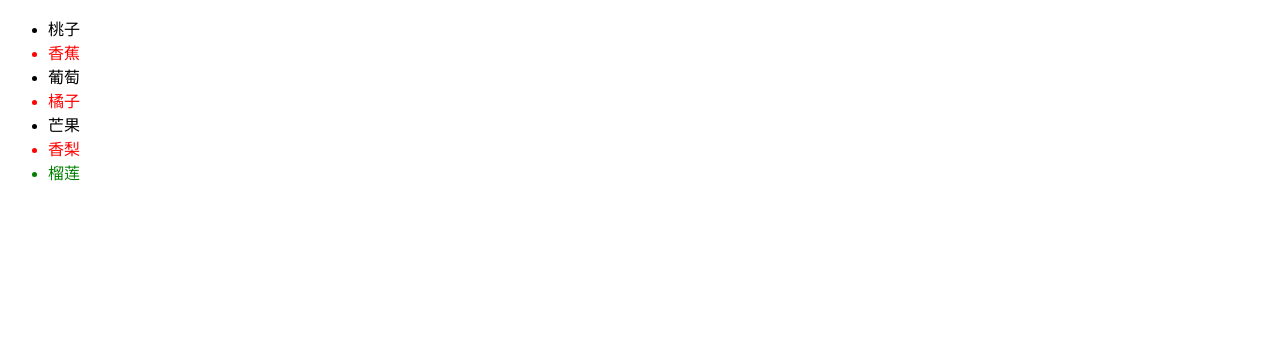
Repository: yanran12345/02-common-knowledge
Page: 02 css样式/01 sass样式.html
These files come from the project's save history. The page is drawn as it stood at one moment and after the next save; the edit follows.
The browser window is 1280 px wide. The pictures show the whole page.

Above is the page before, as saved 2021-06-25 15:34:12.

After the next save:
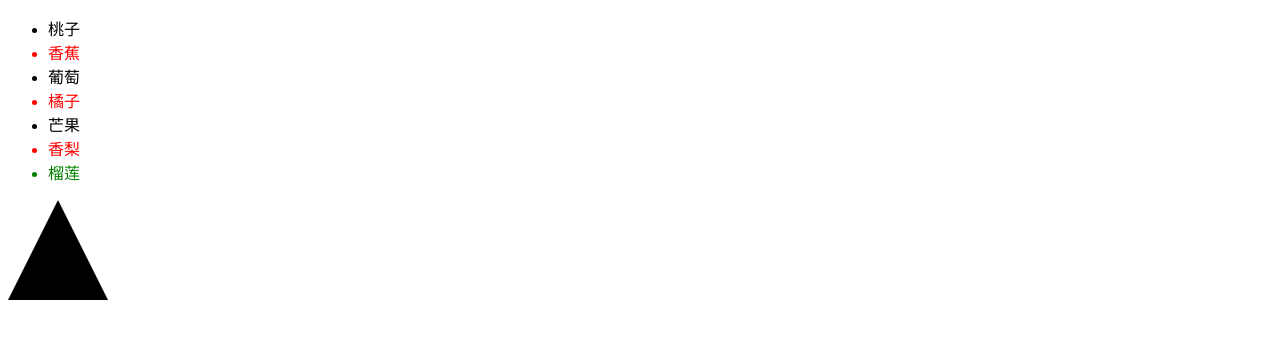
Saved 6 min 28 s later.
--- a/02 css样式/01 sass样式.html
+++ b/02 css样式/01 sass样式.html
@@ -44,10 +44,11 @@
 
   /* 三角形 */
   .triangle {
-    width: 0;
-    height: 0;
-    border-width: 30px;
-    border-color: indianred transparent transparent transparent;
+    width:0;
+    height:0;
+    border-left:50px solid transparent;
+    border-right:50px solid transparent;
+    border-bottom:100px solid black;
   }
 </style>
 <body>
